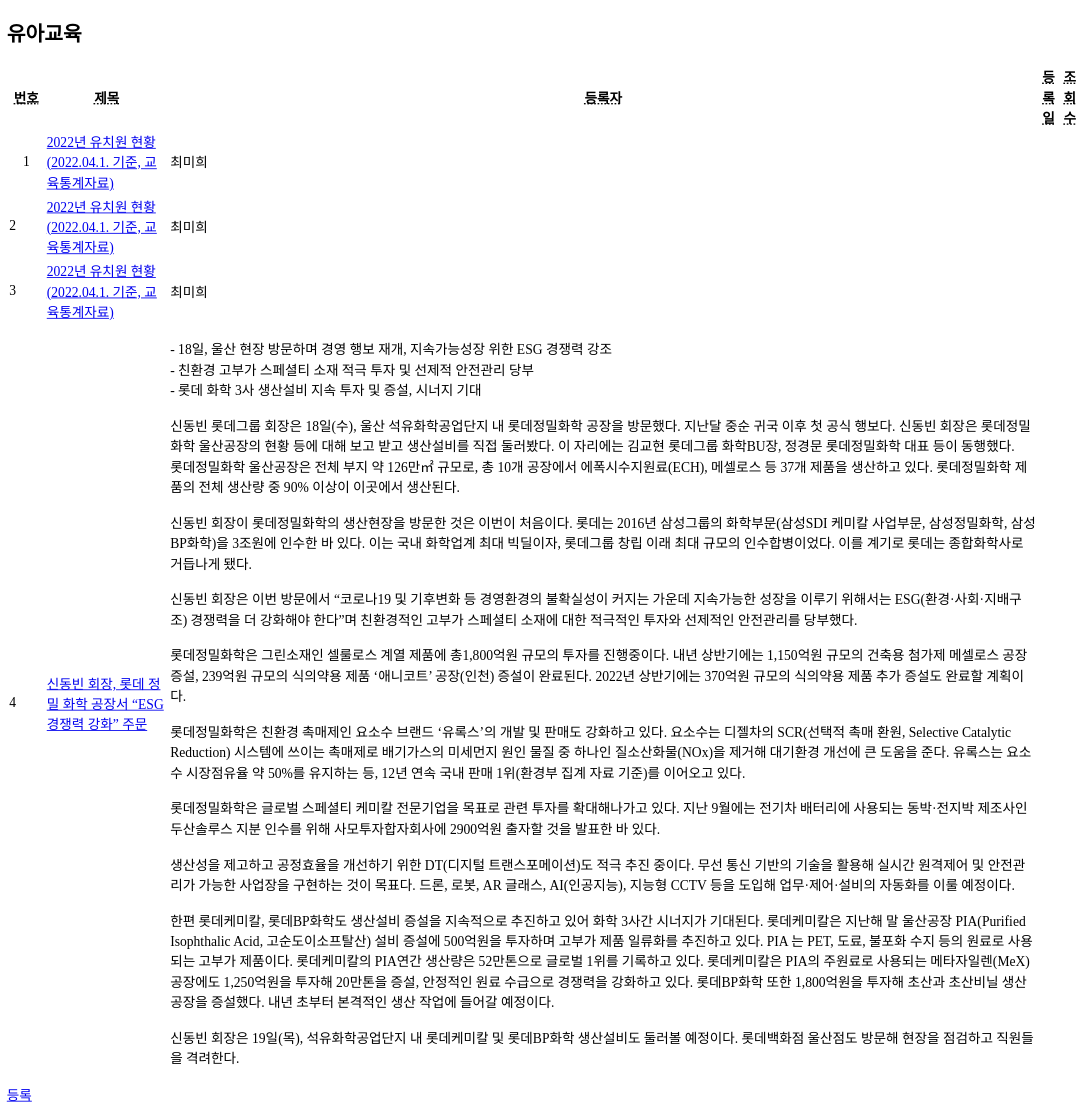
Repository: songyooon/pro06
Page: http://localhost/policy/infantlist
These files come from the project's save history. The page is drawn as it stood at one moment and after the next save; the edit follows.
The browser window is 1280 px wide. The pictures show the whole page, at 85% of full size.
The page is this project's Thymeleaf template; nobody is signed in. The template is opened directly, without the code that normally fills it, so the values that code supplies are empty.

Above is the page before, as saved 2022-12-26 04:20:22.

After the next save:
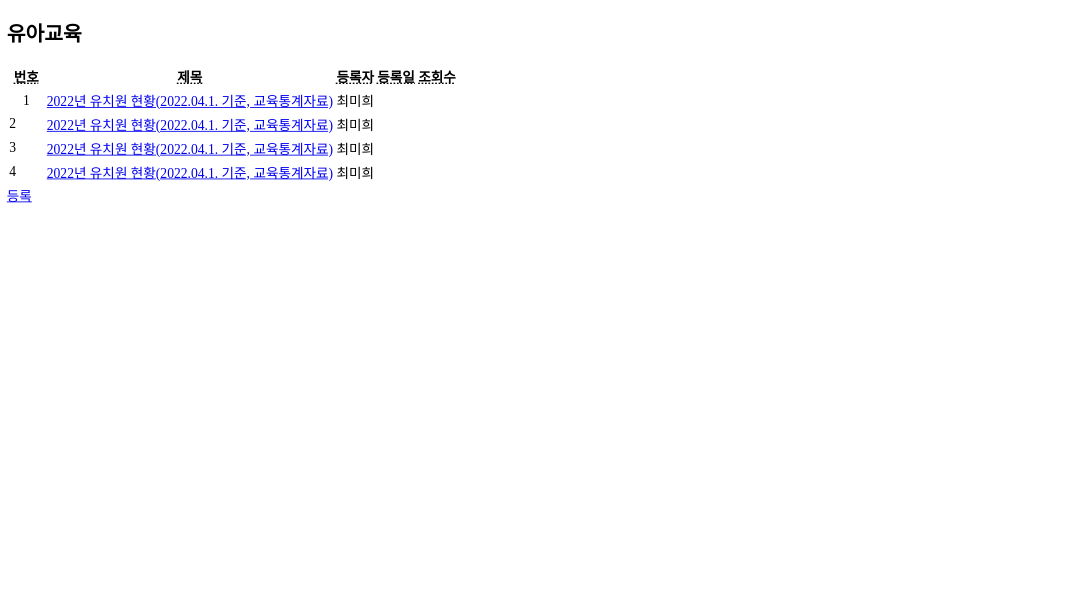
Saved 8 s later.
--- a/myapp/src/main/resources/templates/policy/infantlist.html
+++ b/myapp/src/main/resources/templates/policy/infantlist.html
@@ -82,37 +82,18 @@
                       <td>4</td>
 
                       <td>
-                          <a href="/pro04/GetEsgDetailCtrl.html?no=4">신동빈 회장, 롯데 정밀 화학 공장서 “ESG 경쟁력 강화” 주문</a>
+                          <a href="/pro04/GetEsgDetailCtrl.html?no=1">2022년 유치원 현황(2022.04.1. 기준, 교육통계자료)</a>
                       </td>
                       <td>
-                          <p class="comment2">- 18일, 울산 현장 방문하며 경영 행보 재개, 지속가능성장 위한 ESG 경쟁력 강조<br>
-                            - 친환경 고부가 스페셜티 소재 적극 투자 및 선제적 안전관리 당부<br>
-                            - 롯데 화학 3사 생산설비 지속 투자 및 증설, 시너지 기대<br><br>
+                      최미희
+                      </td>
+                      <td>
 
-                            신동빈 롯데그룹 회장은 18일(수), 울산 석유화학공업단지 내 롯데정밀화학 공장을 방문했다. 지난달 중순 귀국 이후 첫 공식 행보다. 신동빈 회장은 롯데정밀화학 울산공장의 현황 등에 대해 보고 받고 생산설비를 직접 둘러봤다. 이 자리에는 김교현 롯데그룹 화학BU장, 정경문 롯데정밀화학 대표 등이 동행했다.
+                      </td>
+                      <td>
 
-                            <br>롯데정밀화학 울산공장은 전체 부지 약 126만㎡ 규모로, 총 10개 공장에서 에폭시수지원료(ECH), 메셀로스 등 37개 제품을 생산하고 있다. 롯데정밀화학 제품의 전체 생산량 중 90% 이상이 이곳에서 생산된다.
+                      </td>
 
-                            <br><br>신동빈 회장이 롯데정밀화학의 생산현장을 방문한 것은 이번이 처음이다. 롯데는 2016년 삼성그룹의 화학부문(삼성SDI 케미칼 사업부문, 삼성정밀화학, 삼성BP화학)을 3조원에 인수한 바 있다. 이는 국내 화학업계 최대 빅딜이자, 롯데그룹 창립 이래 최대 규모의 인수합병이었다. 이를 계기로 롯데는 종합화학사로 거듭나게 됐다.
-
-                            <br><br>신동빈 회장은 이번 방문에서 “코로나19 및 기후변화 등 경영환경의 불확실성이 커지는 가운데 지속가능한 성장을 이루기 위해서는 ESG(환경·사회·지배구조) 경쟁력을 더 강화해야 한다”며 친환경적인 고부가 스페셜티 소재에 대한 적극적인 투자와 선제적인 안전관리를 당부했다.
-
-                            <br><br>롯데정밀화학은 그린소재인 셀룰로스 계열 제품에 총1,800억원 규모의 투자를 진행중이다. 내년 상반기에는 1,150억원 규모의 건축용 첨가제 메셀로스 공장 증설, 239억원 규모의 식의약용 제품 ‘애니코트’ 공장(인천) 증설이 완료된다. 2022년 상반기에는 370억원 규모의 식의약용 제품 추가 증설도 완료할 계획이다.
-
-                            <br><br>롯데정밀화학은 친환경 촉매제인 요소수 브랜드 ‘유록스’의 개발 및 판매도 강화하고 있다. 요소수는 디젤차의 SCR(선택적 촉매 환원, Selective Catalytic Reduction) 시스템에 쓰이는 촉매제로 배기가스의 미세먼지 원인 물질 중 하나인 질소산화물(NOx)을 제거해 대기환경 개선에 큰 도움을 준다. 유록스는 요소수 시장점유율 약 50%를 유지하는 등, 12년 연속 국내 판매 1위(환경부 집계 자료 기준)를 이어오고 있다.
-
-                            <br><br>롯데정밀화학은 글로벌 스페셜티 케미칼 전문기업을 목표로 관련 투자를 확대해나가고 있다. 지난 9월에는 전기차 배터리에 사용되는 동박·전지박 제조사인 두산솔루스 지분 인수를 위해 사모투자합자회사에 2900억원 출자할 것을 발표한 바 있다.
-
-                            <br><br>생산성을 제고하고 공정효율을 개선하기 위한 DT(디지털 트랜스포메이션)도 적극 추진 중이다. 무선 통신 기반의 기술을 활용해 실시간 원격제어 및 안전관리가 가능한 사업장을 구현하는 것이 목표다. 드론, 로봇, AR 글래스, AI(인공지능), 지능형 CCTV 등을 도입해 업무·제어·설비의 자동화를 이룰 예정이다.
-
-                            <br><br>한편 롯데케미칼, 롯데BP화학도 생산설비 증설을 지속적으로 추진하고 있어 화학 3사간 시너지가 기대된다.
-
-                            롯데케미칼은 지난해 말 울산공장 PIA(Purified Isophthalic Acid, 고순도이소프탈산) 설비 증설에 500억원을 투자하며 고부가 제품 일류화를 추진하고 있다. PIA 는 PET, 도료, 불포화 수지 등의 원료로 사용되는 고부가 제품이다. 롯데케미칼의 PIA연간 생산량은 52만톤으로 글로벌 1위를 기록하고 있다. 롯데케미칼은 PIA의 주원료로 사용되는 메타자일렌(MeX) 공장에도 1,250억원을 투자해 20만톤을 증설, 안정적인 원료 수급으로 경쟁력을 강화하고 있다.
-
-                            롯데BP화학 또한 1,800억원을 투자해 초산과 초산비닐 생산공장을 증설했다. 내년 초부터 본격적인 생산 작업에 들어갈 예정이다.
-
-                            <br><br>신동빈 회장은 19일(목), 석유화학공업단지 내 롯데케미칼 및 롯데BP화학 생산설비도 둘러볼 예정이다. 롯데백화점 울산점도 방문해 현장을 점검하고 직원들을 격려한다.</p>
-                      </td>
                     </tr>
 
 
